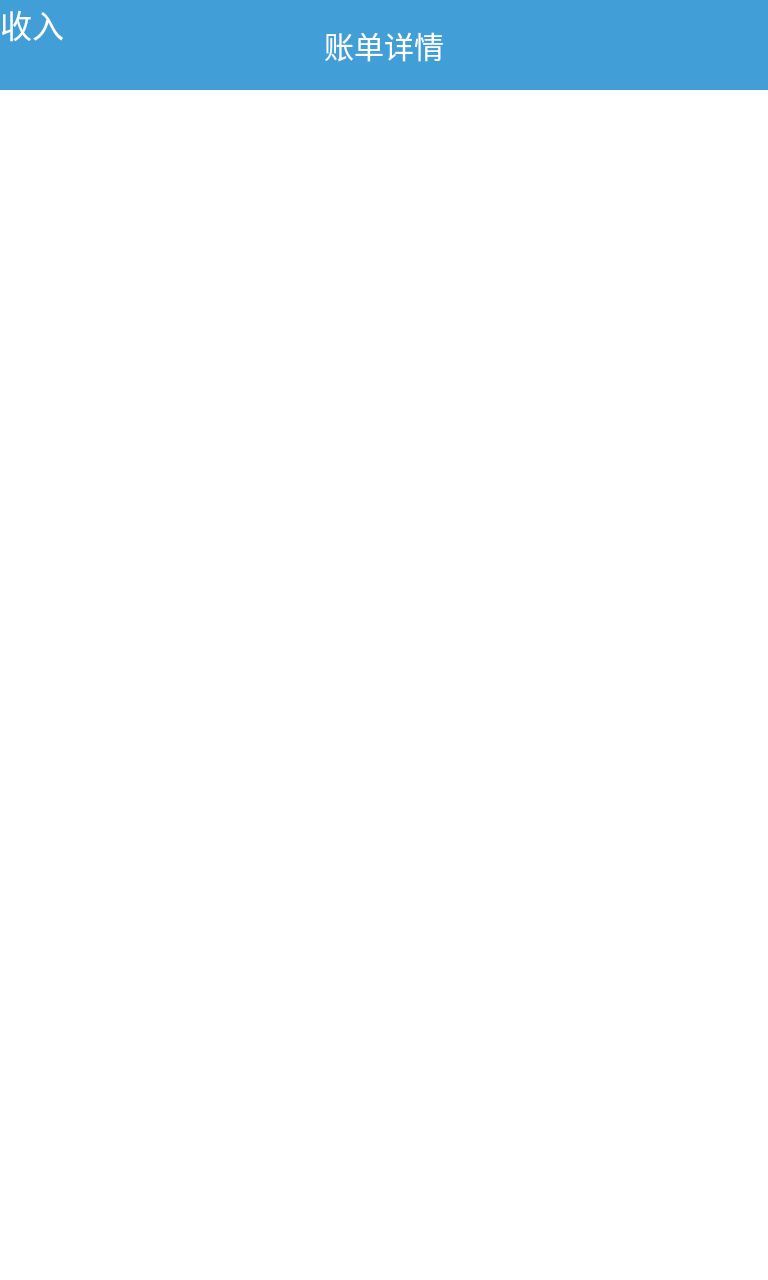
Repository: MySixGad/MyBill
Layout: Bill/Bill/res/layout/activity_detailed.xml
The author's editor kept a copy of each file at every save. The layout is drawn from the files as they stood at one save, then again after the next save.
It is drawn on a 768 x 1280 px phone screen (xhdpi) without system bars, with theme android:Theme.Translucent; the app's code is not run. Lists and similar views that code fills are empty.

Above is the layout before, as saved 2016-12-13 05:21:49.

After the next save:
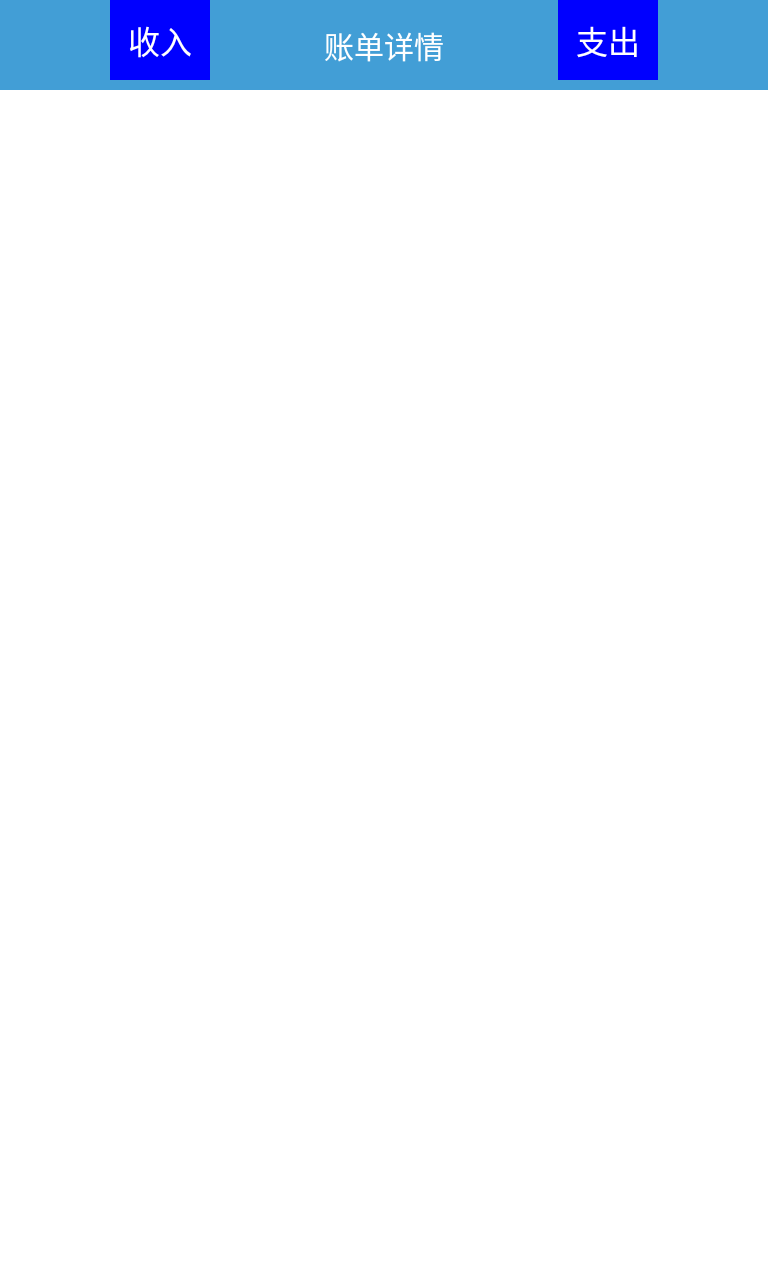
Saved 5 min 27 s later.
--- a/Bill/Bill/res/layout/activity_detailed.xml
+++ b/Bill/Bill/res/layout/activity_detailed.xml
@@ -11,9 +11,31 @@
         android:text="账单详情" />
 
     <RadioButton
+         android:background="#00f"
+        android:id="@+id/radioButton1"
+        android:layout_width="50dp"
+        android:layout_height="40dp"
+        android:layout_alignParentLeft="true"
+        android:layout_marginLeft="55dp"
         android:button="@null"
-        android:text="收入"
-        android:layout_width="wrap_content"
-        android:layout_height="wrap_content" />
+        android:gravity="center"
+        android:text="收入" />
+
+    <RadioButton
+        android:background="#00f"
+        android:layout_width="50dp"
+        android:layout_height="40dp"
+        android:layout_alignParentRight="true"
+        android:layout_marginRight="55dp"
+        android:button="@null"
+        android:gravity="center"
+        android:text="支出" />
+
+    <ListView
+        android:layout_below="@+id/textView1"
+        android:id="@+id/lv_detailed"
+        android:layout_width="match_parent"
+        android:layout_height="match_parent" >
+    </ListView>
 
 </RelativeLayout>
